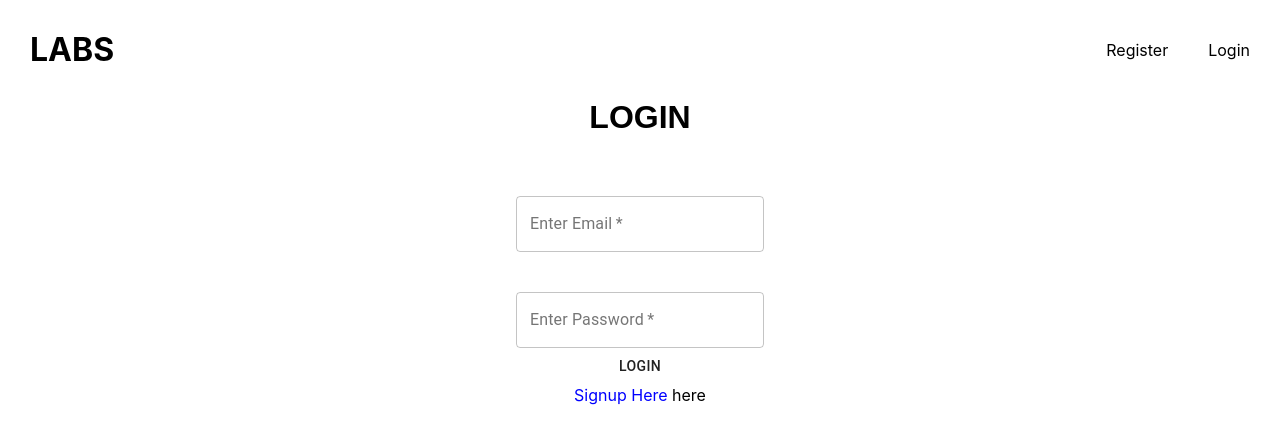
Repository: Prafullkuma/labsdata
Page: /login
These files come from the project's save history. The page is drawn as it stood at one moment and after the next save; the edit follows.
The browser window is 1280 px wide. The pictures show the whole page.
The project was rebuilt for these pictures with package versions that can differ from the ones it lists, and the page was loaded fresh each time. Also part of the build but not shown: src/Component/Admin.css, src/Component/Details/details.css, src/Component/Student/addstudent.css, src/Component/Student/Addstudent.js, src/Component/Student/ViewData/ViewData.css, src/Component/Student/ViewData/ViewStudentData.js, src/Component/Student/ViewStudent.js, src/Component/Details/Details.js and 4 more.

Above is the page before, as saved 2020-08-26 19:14:50.

### src/App.js
import React from 'react';
import './App.css';
import Nav from './Component/Nav'
import Admin from './Component/Admin'
import Main from './Component/Main'
import Login from './Auth/Login'
import Signup from './Auth/Signup'
import Logout from './Auth/Logout'
import { BrowserRouter as Router, Route } from 'react-router-dom'
function App() {
  return (
    <div className="App">
      <Router>
        <Nav />
        <Route path="/logout" component={Logout} />
        <Route path="/signup" component={Signup} />
        <Route path="/login" component={Login} />
        <Route path="/admin" component={Admin} />
        <Route exact path="/" component={Main} />
      </Router>
    </div>
  );
}

export default App;

### src/Component/Nav.js
import React, { useState } from 'react'
import './Nav.css'
import { Link } from 'react-router-dom'
import { auth } from '../firebase'

function Nav() {
    const [user, setUser] = useState(true)
    const logoutHandler = (e) => {
        e.preventDefault()
        auth.signOut()
    }
    auth.onAuthStateChanged(_user => {
        if (_user) {
            setUser(user)
        }
    })

    return (
        <div className="Navbar">
            <h1> <Link to="/"> LABS</Link></h1>
            <ul>
                {user ? <div>
                    <li><Link to="/signup"> Register</Link></li>
                    <li><Link to="/login">Login</Link></li>
                </div> :
                    <li><Link to="/" onClick={logoutHandler}>Logout</Link>
                    </li>}

            </ul>
        </div>
    )
}

export default Nav

### src/Auth/Login.js
import React, { useState } from 'react'
import { TextField, Button } from '@material-ui/core'
import { Link } from 'react-router-dom'
import { auth } from '../firebase'
import { useHistory } from 'react-router-dom'
function Login() {
    const [email, setEmail] = useState('')
    const [password, setPassword] = useState('')
    const [error, setError] = useState('')
    let history = useHistory()
    const loginHandler = (e) => {
        e.preventDefault()
        const _email = email
        const _password = password
        auth.signInWithEmailAndPassword(_email, _password)
            .then(cred => console.log(cred))
            .catch((error) => {
                setError(error.message)
            })
        auth.onAuthStateChanged(user => {
            if (user) {
                history.push('/admin')

            } else {
                history.push('/login')
            }
        })
    }
    return (
        <div className="register">
            <h1>Login</h1>
            <form>
                <p>{error}</p>
                <br />
                <br />
                <TextField id="outlined-basic"
                    type="email"
                    required
                    value={email}
                    onChange={e => setEmail(e.target.value)}
                    label="Enter Email"
                    variant="outlined"
                />
                <br />
                <br />
                <br />
                <TextField
                    value={password}
                    onChange={e => setPassword(e.target.value)}
                    id="outlined-basic"
                    type="password"
                    required label="Enter Password"
                    variant="outlined" />
                <br />
                <Button onClick={loginHandler}> Login</Button>
                <br />
                <p><Link to="/signup" style={{ color: 'blue' }}>Signup Here</Link> here</p>
            </form>

        </div>

    )
}

export default Login

### src/Component/Nav.css
.Navbar{
    padding: 30px;
    display: flex;
    justify-content: space-between;
    align-items: center;

}
a{
    text-decoration: none;
    color:black;
    }
ul,li{
    list-style: none;
    float: left;
    margin-left: 40px;
}

### src/firebase.js
import firebase from 'firebase'

import 'firebase/firestore'
import 'firebase/auth'

var firebaseConfig = {
    apiKey: "AIzaSyDBjwEIOoHjkS1sD05WaYhi0mxlrS6cIds",
    authDomain: "labsdata-13bd9.firebaseapp.com",
    databaseURL: "https://labsdata-13bd9.firebaseio.com",
    projectId: "labsdata-13bd9",
    storageBucket: "labsdata-13bd9.appspot.com",
    messagingSenderId: "673732582527",
    appId: "1:673732582527:web:3f4a8688ae38e1fa14f34a",
    measurementId: "G-1QEVCBTCNL"
};
// Initialize Firebase
const data = firebase.initializeApp(firebaseConfig);
const db = data.firestore()
const auth = data.auth()

export { db, auth, firebase as default }

### src/Auth/signup.css
.register{
    text-align: center;
}
.register h1{
    text-transform: uppercase;
    font-family: sans-serif;
    margin-bottom: 20px;
}
#outlined-basic{
}

Loaded but not shown: public/index.html (common file); src/index.js (common file); src/index.css (common file); src/serviceWorker.js (common file); src/App.css (common file); src/Component/Main.css (no stored copy; drawn as an empty file); src/Component/Student/viewstudent.css (no stored copy; drawn as an empty file)

After the next save:
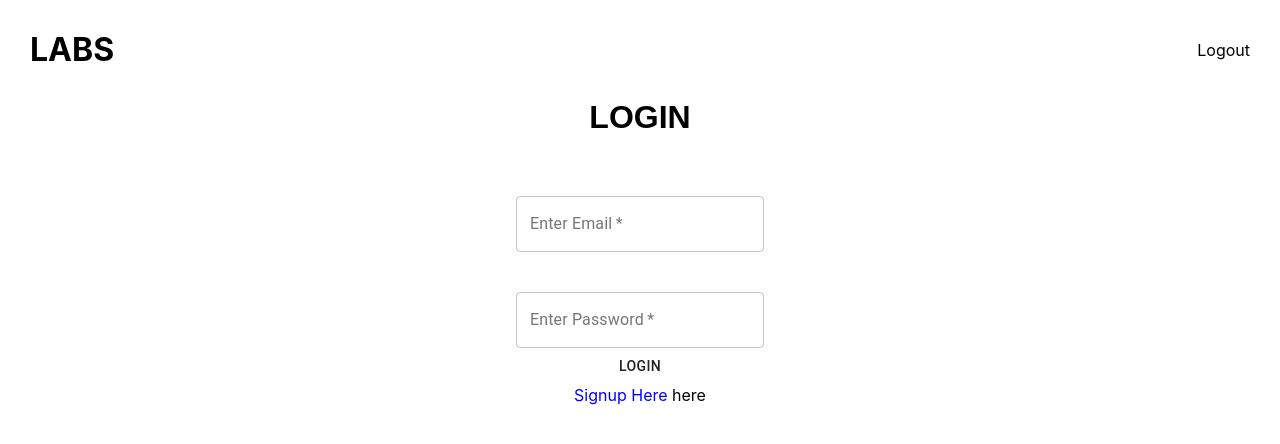
Saved 45 s later.
--- a/src/Component/Nav.js
+++ b/src/Component/Nav.js
@@ -4,7 +4,7 @@ import { Link } from 'react-router-dom'
 import { auth } from '../firebase'
 
 function Nav() {
-    const [user, setUser] = useState(true)
+    const [user, setUser] = useState(false)
     const logoutHandler = (e) => {
         e.preventDefault()
         auth.signOut()

After the save that followed:
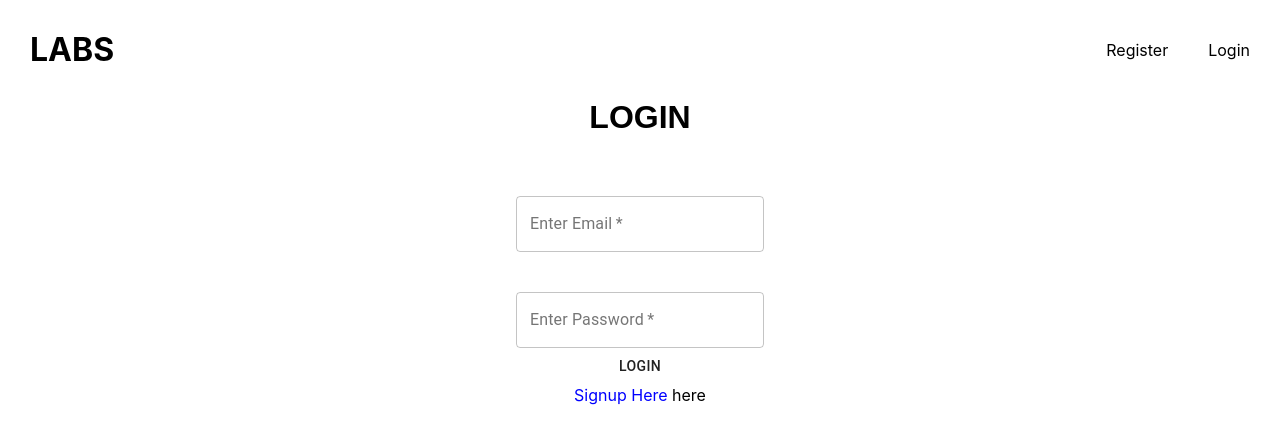
Saved 27 s later.
--- a/src/Component/Nav.js
+++ b/src/Component/Nav.js
@@ -19,12 +19,15 @@ function Nav() {
         <div className="Navbar">
             <h1> <Link to="/"> LABS</Link></h1>
             <ul>
-                {user ? <div>
-                    <li><Link to="/signup"> Register</Link></li>
-                    <li><Link to="/login">Login</Link></li>
-                </div> :
+                {user ?
                     <li><Link to="/" onClick={logoutHandler}>Logout</Link>
-                    </li>}
+                    </li> :
+
+                    <div>
+                        <li><Link to="/signup"> Register</Link></li>
+                        <li><Link to="/login">Login</Link></li>
+                    </div>
+                }
 
             </ul>
         </div>
